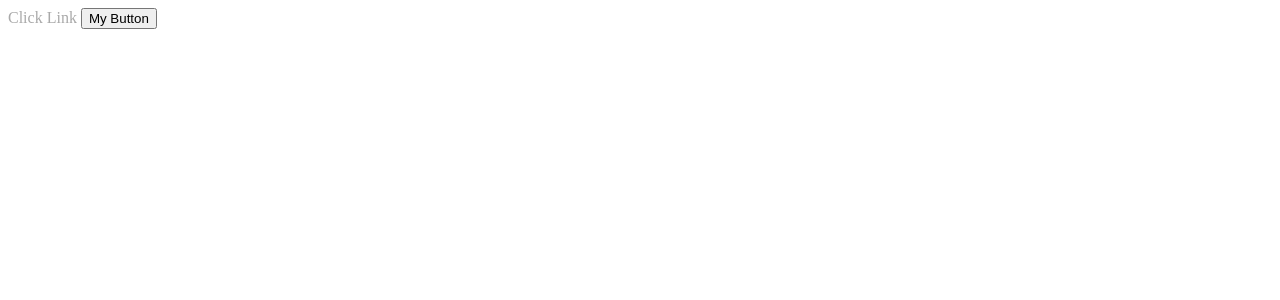
Repository: andiausrust/css-traversy
Page: link-state-button-styling/index.html
The author's editor kept a copy of each file at every save. The page is drawn from the files as they stood at one save, then again after the next save.
The browser window is 1280 px wide. The pictures show the whole page.

Above is the page before, as saved 2020-08-20 11:11:44.

### link-state-button-styling/index.html
<!DOCTYPE html>
<html lang="en">
    <head>
        <meta charset="UTF-8" />
        <meta name="viewport" content="width=device-width, initial-scale=1.0" />
        <link rel="stylesheet" href="./css/style.css" />
        <title>Link State | Button Styiling</title>
    </head>
    <body>
        <a href="#">Click Link</a>
        <button class="btn">My Button</button>
    </body>
</html>

### link-state-button-styling/css/style.css
a {
    color: darkgrey;
    text-decoration: none;
}

a:hover {
    color: coral;
    font-size: 40px;
}

/* a:visited {
    color: red;
} */

After the next save:
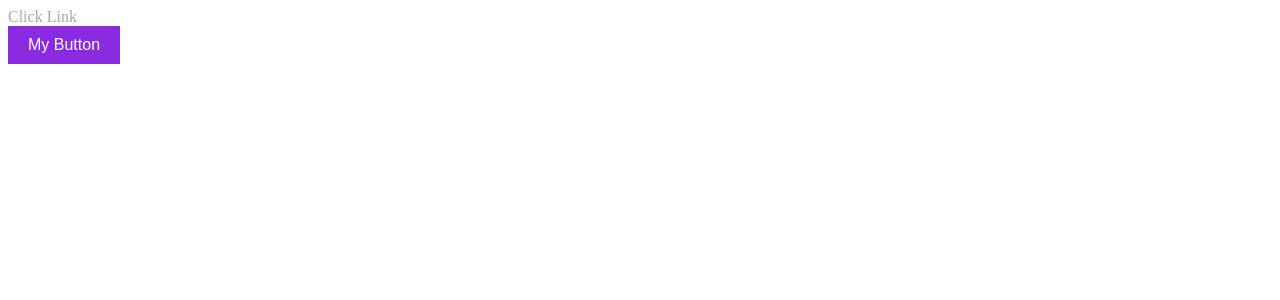
Saved 112 s later.
--- a/link-state-button-styling/index.html
+++ b/link-state-button-styling/index.html
@@ -8,6 +8,7 @@
     </head>
     <body>
         <a href="#">Click Link</a>
+        <br />
         <button class="btn">My Button</button>
     </body>
 </html>
--- a/link-state-button-styling/css/style.css
+++ b/link-state-button-styling/css/style.css
@@ -11,3 +11,12 @@ a:hover {
 /* a:visited {
     color: red;
 } */
+
+/* Button Styling */
+.btn {
+    background: blueviolet;
+    color: white;
+    border: none;
+    font-size: 16px;
+    padding: 10px 20px;
+}
